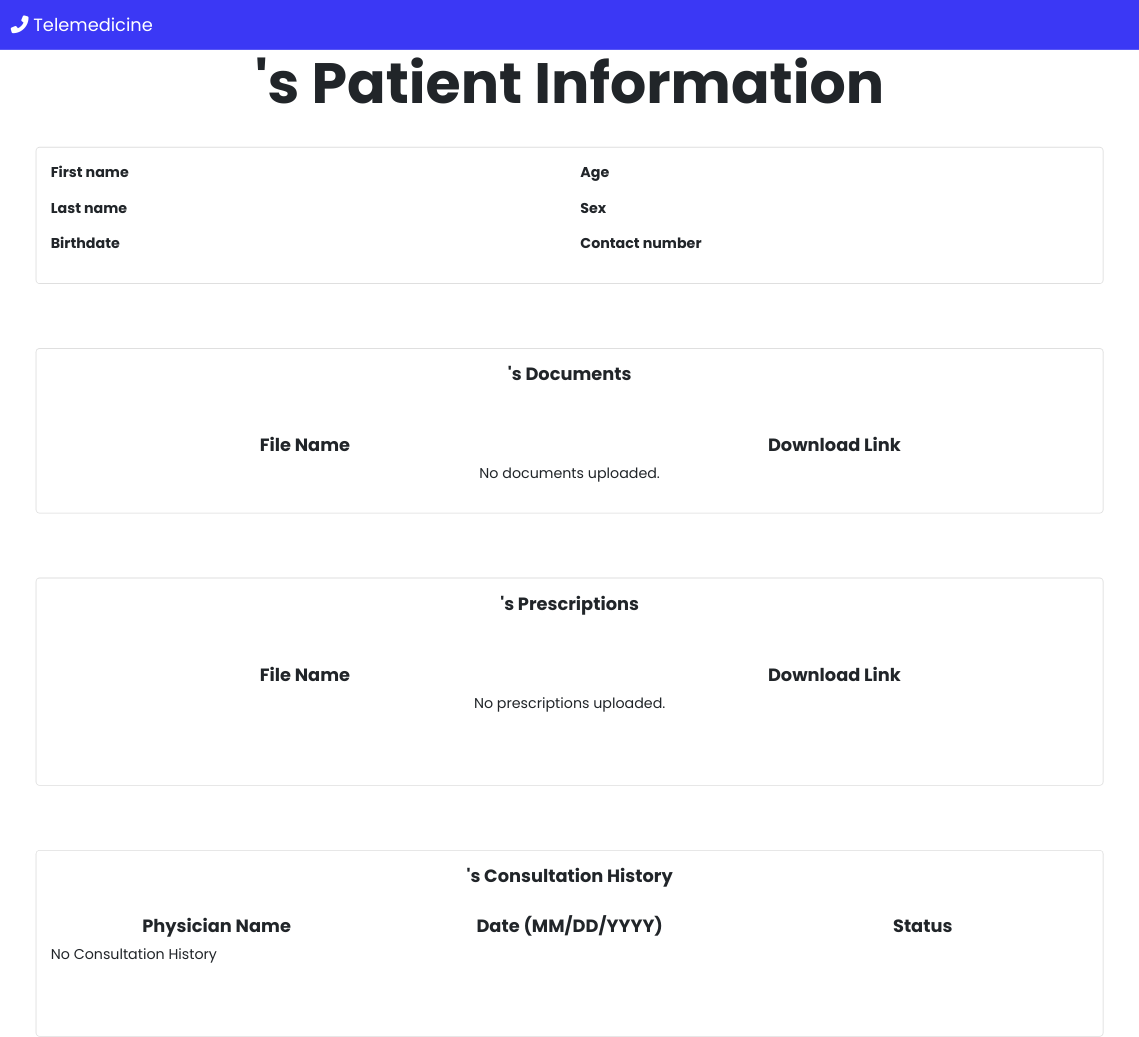
Repository: aragahan/HI-191
Page: main/templates/main/patient.html
The author's editor kept a copy of each file at every save. The page is drawn from the files as they stood at one save, then again after the next save.
The browser window is 1280 px wide. The pictures show the whole page, at 89% of full size.
Some web libraries are served in a nearby version. The template is drawn by Django 3.2. The application's start-up code is not run. Other server files are loaded and not shown. The template is opened directly, without the code that normally fills it, so the values that code supplies are empty.

Above is the page before, as saved 2022-06-17 14:39:02.

### main/templates/main/patient.html
{% extends 'main/base.html' %}

<!DOCTYPE html>
<html lang="en" class="h-100">
    {% load crispy_forms_tags %}

<head>
    <meta charset="UTF-8">
    <meta http-equiv="X-UA-Compatible" content="IE=edge">
    <meta name="viewport" content="width=device-width, initial-scale=1.0">
    <link href="https://cdn.jsdelivr.net/npm/bootstrap@5.1.3/dist/css/bootstrap.min.css" rel="stylesheet" integrity="sha384-1BmE4kWBq78iYhFldvKuhfTAU6auU8tT94WrHftjDbrCEXSU1oBoqyl2QvZ6jIW3" crossorigin="anonymous">
    <link rel="stylesheet" href="https://cdnjs.cloudflare.com/ajax/libs/font-awesome/6.1.1/css/all.min.css" integrity="sha512-KfkfwYDsLkIlwQp6LFnl8zNdLGxu9YAA1QvwINks4PhcElQSvqcyVLLD9aMhXd13uQjoXtEKNosOWaZqXgel0g==" crossorigin="anonymous" referrerpolicy="no-referrer" />
    <title>{% block title %}{% endblock title %}</title>
</head>

<body class="h-100">
    <div class="d-flex flex-column h-100">
        {% block navbar %}
            {% include 'main/navbar.html' %}
        {% endblock navbar %}

        {% block content %}
        <div>
            <h1> {{patient.account.first_name}} {{patient.account.last_name}}'s Patient Information</h1>
            <br/>
            <div class="card rounded-3" style="width: 75rem; margin:auto;">
                <div class="card-body">
                    <div class="row">
                        <div class="col">
                            <p><b> First name </b><br> {{patient.account.first_name}}</p>
                        </div>

                        <div class="col">
                            <p><b> Age </b><br> {{patient.account.age}}</p>
                        </div>
                    </div>

                    <div class="row">
                        <div class="col">
                            <p><b> Last name </b><br> {{patient.account.last_name}}</p>
                        </div>

                        <div class="col">
                            <p><b> Sex </b><br> {{patient.account.sex}}</p>
                        </div>
                    </div>

                    <div class="row">
                        <div class="col">
                            <p><b> Birthdate </b><br> {{patient.account.birthdate}}</p>
                        </div>

                        <div class="col">
                            <p><b> Contact number </b><br> {{patient.account.contact_number}}</p>
                        </div>
                    </div>
                </div>
            </div>
        </div>

        <br/>
        <br/>
        <br/>
        <div class="card rounded-3" style="width: 75rem; margin:auto;">
            <div class="card-body">
                <h5 style="text-align:center;"><b>{{patient.account.first_name}} {{patient.account.last_name}}'s Documents</b></h5>
                <br/>
                <br/>
                <div class = "row" style="text-align:center;">
                    <div class = "col">
                        <h5><b>File Name</b></h5>
                    </div>
                    <div class = "col">
                        <h5><b>Download Link</b></h5>
                    </div>
                </div>
                    {% for d in patient.documents.all %}
                    <div class = "row" style="text-align:center;">
                        <div class="col">
                            <p>{{d.file}}</p>
                        </div>
                        <div class="col">
                            <a href="{{d.file.url}}" target="_blank">Download document</a>
                        </div>
                    </div>

                    {% empty %}
                        <p style="text-align: center;">No documents uploaded.</p>
                    {% endfor %}
            </div>
        </div>
        <br/>
        <br/>
        <br/>

        <div class="card rounded-3" style="width: 75rem; margin:auto;">
            <div class="card-body">
                <h5 style="text-align:center;"><b>{{patient.account.first_name}} {{patient.account.last_name}}'s Prescriptions</b></h5>
                <br/>
                <br/>
                <div class = "row" style="text-align:center;">
                    <div class = "col">
                        <h5><b>File Name</b></h5>
                    </div>
                    <div class = "col">
                        <h5><b>Download Link</b></h5>
                    </div>
                </div>
                    {% for p in patient.prescription.all %}
                    <div class = "row" style="text-align:center;">
                        <div class="col">
                            <p>{{p.file}}</p>
                        </div>
                        <div class="col">
                            <a href="{{p.file.url}}" target="_blank">Download prescription</a>
                        </div>
                    </div>

                    {% empty %}
                        <p style="text-align: center;">No prescriptions uploaded.</p>
                    {% endfor %}
                    <br/>
                    <br/>
                {% if profile.role == "PH" %}
                    <h6> Upload Prescription </h6>
                    <form method = "POST" action = "" enctype="multipart/form-data">
                        {% csrf_token %}
                        <p> {{pform.file | as_crispy_field}} </p>
                        <input type = "Submit" value="Submit" name="pform">
                    </form>
                {% endif %}
            </div>
        </div>

        <br/>
        <br/>
        <br/>
        <div class="card rounded-3" style="width: 75rem; margin:auto;">
            <div class="card-body">
                <h5 style="text-align:center;"><b>{{patient.account.first_name}} {{patient.account.last_name}}'s Consultation History</b></h5>
                <br/>
                <div class="row" style="text-align:center;">
                    <div class="col">
                        <h5><b>Physician Name</b></h5>
                    </div>
                    <div class="col">
                        <h5><b>Date (MM/DD/YYYY)</b></h5>
                    </div>
                    <div class="col">
                        <h5><b>Status</b></h5>
                    </div>
                </div>

                {% for cr in patient.PCR.all %}
                    <div class = "row" style="text-align:center;">
                        <div class = "col">
                            {{cr.physician}}
                        </div>
                        <div class = "col">
                            {{cr.date}}
                        </div>
                         {% if cr.status == "DN" %}
                        <div class = "col">
                            <p>Done</p>
                        </div>
                        {% else %}
                        <div class = "col">
                            <p>Upcoming</p>
                        </div>
                        {% endif %}
                    </div>

                {% empty %}
                    <p> No Consultation History </p>
                {% endfor %}
                <br/>
                <br/>
                {% if profile.role == "PH" %}
                    <h6> <b> Add Consultation History </b> </h6>
                    <p>Please enter a date in the MM/DD/YYYY format.</p>
                    <form method = "POST" action = "">
                        {% csrf_token %}
                        <p>{{pcr.date | as_crispy_field}}</p>
                        <p>{{pcr.status | as_crispy_field}}</p>
                        <input type="Submit" value="Submit" name="pcr">
                    </form>
                {% endif %}
            </div>
        </div>

        {% endblock content %}
    </div>
</body>
</html>

### main/templates/main/base.html
{% load static %}
<!DOCTYPE html>
<html lang="en" class="h-100">
<head>
    <meta charset="UTF-8">
    <meta http-equiv="X-UA-Compatible" content="IE=edge">
    <meta name="viewport" content="width=device-width, initial-scale=1.0">
    <link href="https://cdn.jsdelivr.net/npm/bootstrap@5.1.3/dist/css/bootstrap.min.css" rel="stylesheet" integrity="sha384-1BmE4kWBq78iYhFldvKuhfTAU6auU8tT94WrHftjDbrCEXSU1oBoqyl2QvZ6jIW3" crossorigin="anonymous">
    <link rel="stylesheet" href="https://cdnjs.cloudflare.com/ajax/libs/font-awesome/6.1.1/css/all.min.css" integrity="sha512-KfkfwYDsLkIlwQp6LFnl8zNdLGxu9YAA1QvwINks4PhcElQSvqcyVLLD9aMhXd13uQjoXtEKNosOWaZqXgel0g==" crossorigin="anonymous" referrerpolicy="no-referrer" />

    <!-- CSS -->
    <link rel="stylesheet" href="{% static 'css/style.css' %}">

    <title>{% block title %}{% endblock title %}</title>
</head>
<body class="h-100">
    <div class="d-flex flex-column h-100">
        {% block navbar %}
            {% include 'main/navbar.html' %}
        {% endblock navbar %}
        {% block content %}{% endblock content %}
    </div>
</body>
</html>

### main/templates/main/navbar.html
<nav class="navbar navbar-expand-lg navbar-dark" style="background-color: #3b38f5;">
    <div class="container-fluid">
        <a class="navbar-brand" href="#">
        <i class="fa-solid fa-phone-flip"></i>
        Telemedicine
        </a>
        {% if not request.user.is_authenticated %}
        {% else %}
        <button class="navbar-toggler" type="button" data-bs-toggle="collapse" data-bs-target="#navbarSupportedContent"
            aria-controls="navbarSupportedContent" aria-expanded="false" aria-label="Toggle navigation">
        <span class="navbar-toggler-icon"></span>
        </button>
        <div class="collapse navbar-collapse" id="navbarSupportedContent">
			{% if request.user.role == "SA" %}
            <ul class="navbar-nav me-auto mb-2 mb-lg-0">
                <li class="nav-item">
					<a class="nav-link {% if request.resolver_match.view_name == 'account_requests' %}active{% endif %}" aria-current="page" href="{% url 'account_requests' %}">Account Requests</a>
                </li>
                <li class="nav-item">
                    <a class="nav-link {% if request.resolver_match.view_name == 'accounts' %}active{% endif %}" href="{% url 'accounts' %}">Accounts</a>
                </li>
                <li class="nav-item">
                    <a class="nav-link active" aria-current="page" href="{% url 'logout' %}"> Logout </a>
                </li>
            </ul>
			{% else %}
            <ul class="navbar-nav me-auto mb-2 mb-lg-0">
                <li class="nav-item">
                    {% if user.role == "SA" %}
                    <a class="nav-link active" aria-current="page" href="{% url 'account_requests' %}">Home</a>
                    {% elif user.role == "PH" %}
                    <a class="nav-link active" aria-current="page" href="{% url 'all_patients' %}">Home</a>
                    {% elif user.role == "PA" %}
                    <a class="nav-link active" aria-current="page" href="{% url 'all_doctors' %}">Home</a>
                    {% else %}
                    <a class="nav-link active" aria-current="page" href="#">Home</a>
                    {% endif %}
                </li>

                <li class="nav-item">
                    <a class="nav-link" href="{% url 'profile_page' %}">Profile</a>
                </li>

                <li class="nav-item dropdown">
                    <a class="nav-link dropdown-toggle" href="#" id="navbarDropdown" role="button" data-bs-toggle="dropdown"
                        aria-expanded="false">
                    Dropdown
                    </a>
                    <ul class="dropdown-menu" aria-labelledby="navbarDropdown">
                        <li><a class="dropdown-item" href="#">Action</a></li>
                        <li><a class="dropdown-item" href="#">Another action</a></li>
                        <li>
                            <hr class="dropdown-divider">
                        </li>
                        <li><a class="dropdown-item" href="#">Something else here</a></li>
                    </ul>
                </li>
                <li class="nav-item">
                    <a class="nav-link disabled">Disabled</a>
                </li>
                <li class="nav-item">
                    <a class="nav-link active" aria-current="page" href="{% url 'logout' %}"> Logout </a>
                </li>
            </ul>
			{% endif %}
        </div>
    </div>
    {% endif %}
</nav>

### main/static/css/style.css
/* Poppins Font
font-family: 'Poppins'
*/

@import url('https://fonts.googleapis.com/css?family=Poppins:ital,wght@0,300;0,400;0,700;0,900;1,300;1,700;1,900&display=swap');

:root {
    /*--upmaroon: #7B1113;*/
    --blue: #3b38f5;
}

html {
    scroll-behavior: smooth;
}


body {
    font-family: 'Poppins';
}

h1 {
    font-size: 64px;
    font-weight: bold;
    text-align: center;
}

h2 {
    font-size: 40.32px;
}

h3 {
    font-size: 25.4px; font-weight: bold;
}

p {
    font-size: 16px;
}

table {
font-family: arial, sans-serif;
border-collapse: collapse;
width: 100%;
}

td, th {
border: 1px solid #dddddd;
text-align: left;
padding: 8px;
}

tr:nth-child(even) {
background-color: #dddddd;
}

After the next save:
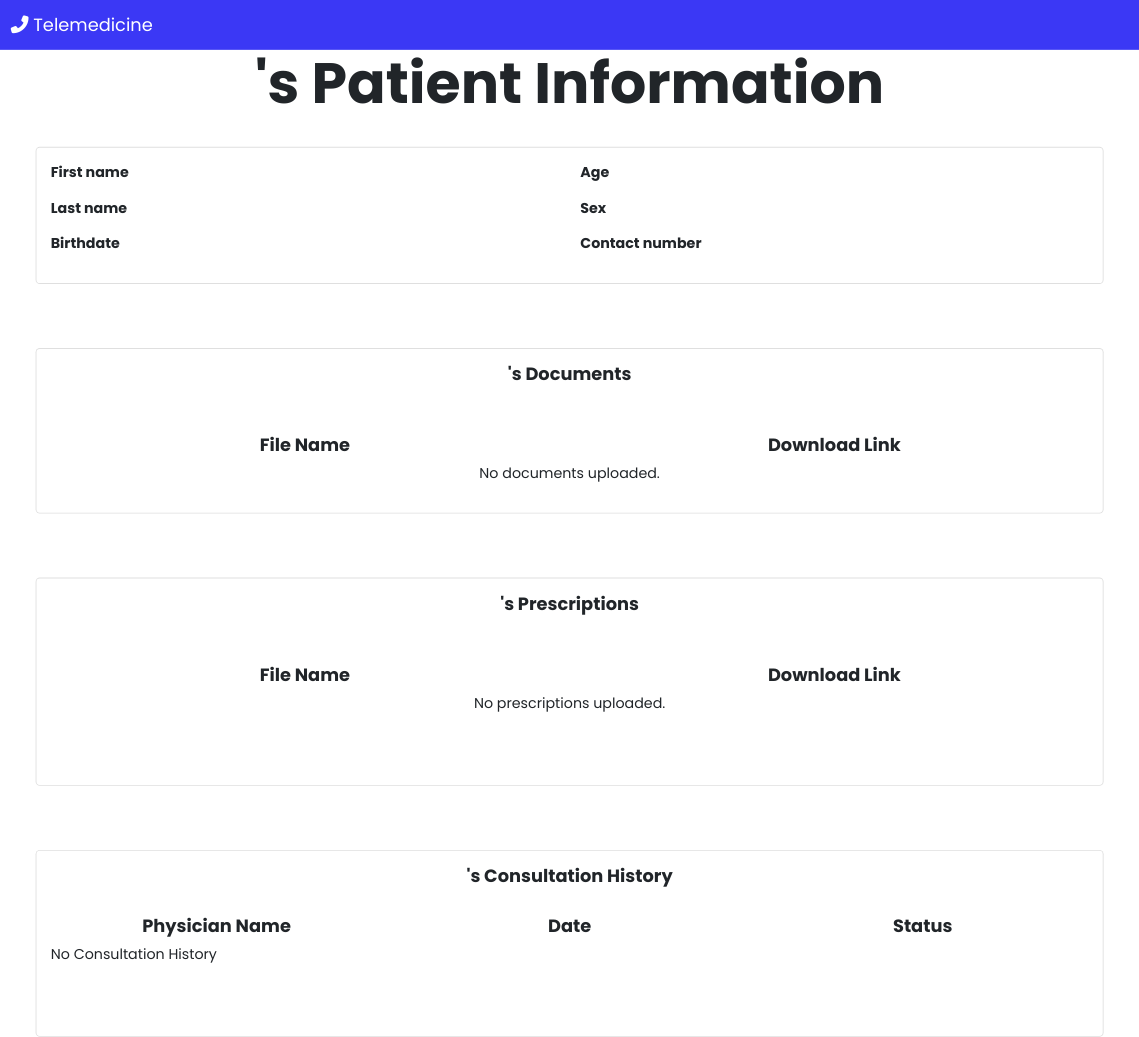
Saved 43 s later.
--- a/main/templates/main/patient.html
+++ b/main/templates/main/patient.html
@@ -144,7 +144,7 @@
                         <h5><b>Physician Name</b></h5>
                     </div>
                     <div class="col">
-                        <h5><b>Date (MM/DD/YYYY)</b></h5>
+                        <h5><b>Date</b></h5>
                     </div>
                     <div class="col">
                         <h5><b>Status</b></h5>
